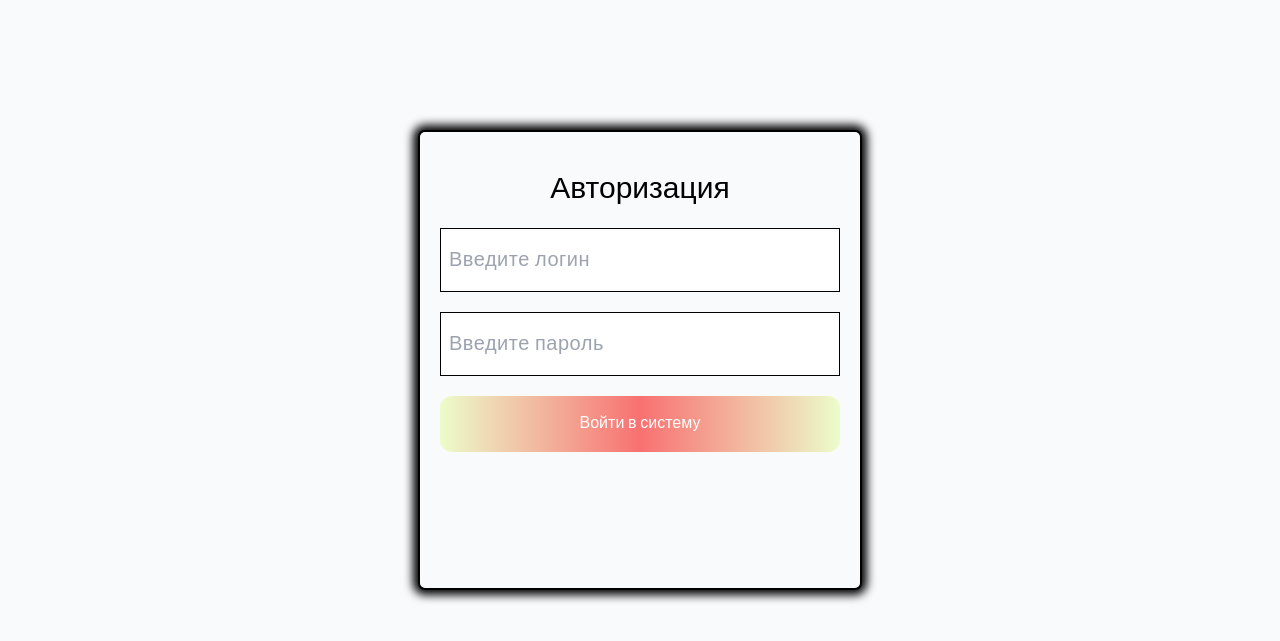
Repository: AlearvickOne/CartridgesApp
Page: /
The author's editor kept a copy of each file at every save. The page is drawn from the files as they stood at one save, then again after the next save.
The browser window is 1280 px wide. The pictures show the whole page.
The page's requests for data from a server got no answer. The project was rebuilt for these pictures with package versions that can differ from the ones it lists, and the page was loaded fresh each time. The framework's server and built-in components were replaced by stand-ins that run in the browser. No one was signed in, and anything a server would have sent is missing. Also part of the build but not shown: next.config.mjs.

Above is the page before, as saved 2024-04-19 15:58:45.

After the next save:
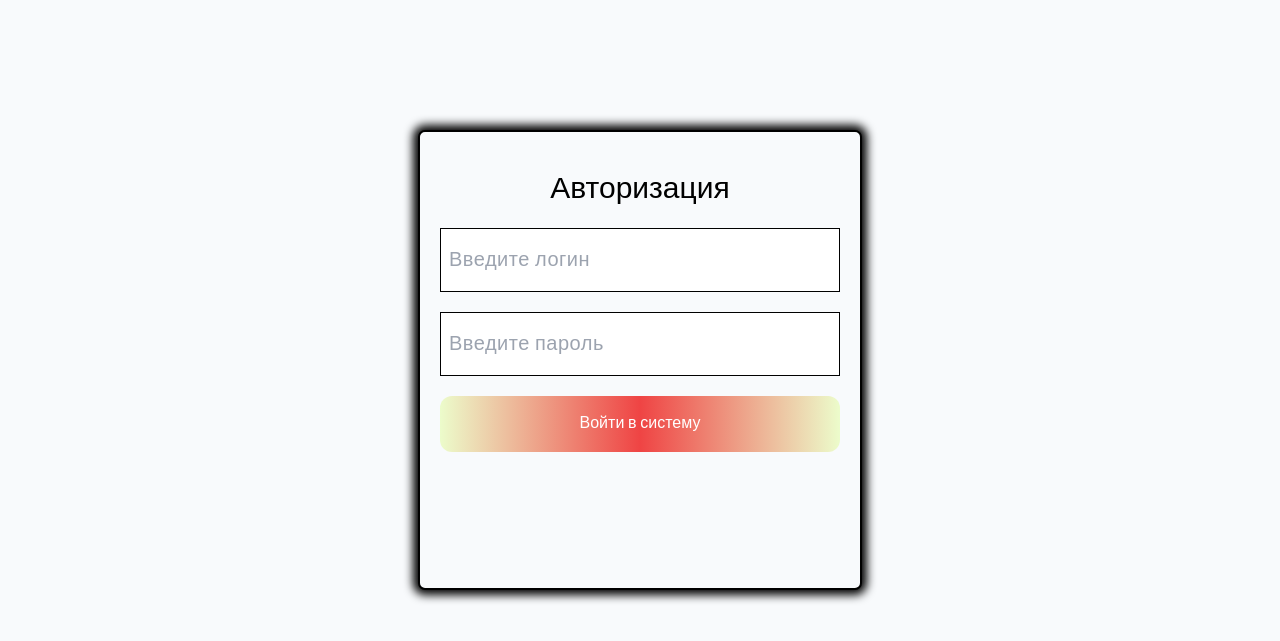
Saved 7 s later.
--- a/src/styles/home/Home.module.scss
+++ b/src/styles/home/Home.module.scss
@@ -16,7 +16,7 @@
       }
 
       > button {
-        @apply p-2 rounded-xl hover:text-violet-200 text-white h-14 bg-gradient-to-r from-lime-100 via-red-400 to-lime-100;
+        @apply p-2 rounded-xl hover:text-violet-200 text-white h-14 bg-gradient-to-r from-lime-100 via-red-500 to-lime-100;
       }
     }
   }
